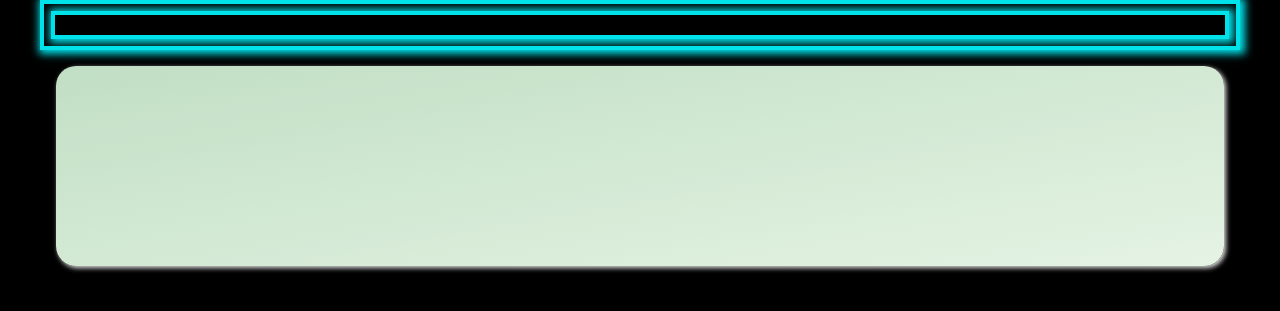
Repository: KhangNguyen3006/WebUI-UX
Page: /
These files come from the project's save history. The page is drawn as it stood at one moment and after the next save; the edit follows.
The browser window is 1280 px wide. The pictures show the whole page.
The project was rebuilt for these pictures with package versions that can differ from the ones it lists, and the page was loaded fresh each time. Also part of the build but not shown: src/App.css.

Above is the page before, as saved 2023-05-03 23:52:31.

After the next save:
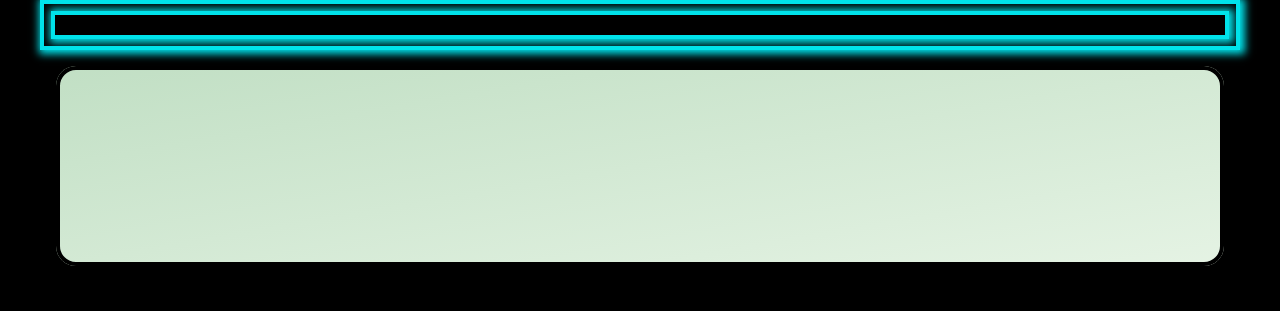
Saved 4 min 3 s later.
--- a/src/assets/css/Home.css
+++ b/src/assets/css/Home.css
@@ -14,7 +14,7 @@
     height: 200px;
     border-radius: 20px;
     box-shadow: 2px 2px 5px rgba(225, 225, 225, 1);
-
+    box-shadow: inset 0 0 0 4px black;
     background-image: linear-gradient(to bottom right, #C1DFC4, #E5F3E4);
 }
 
